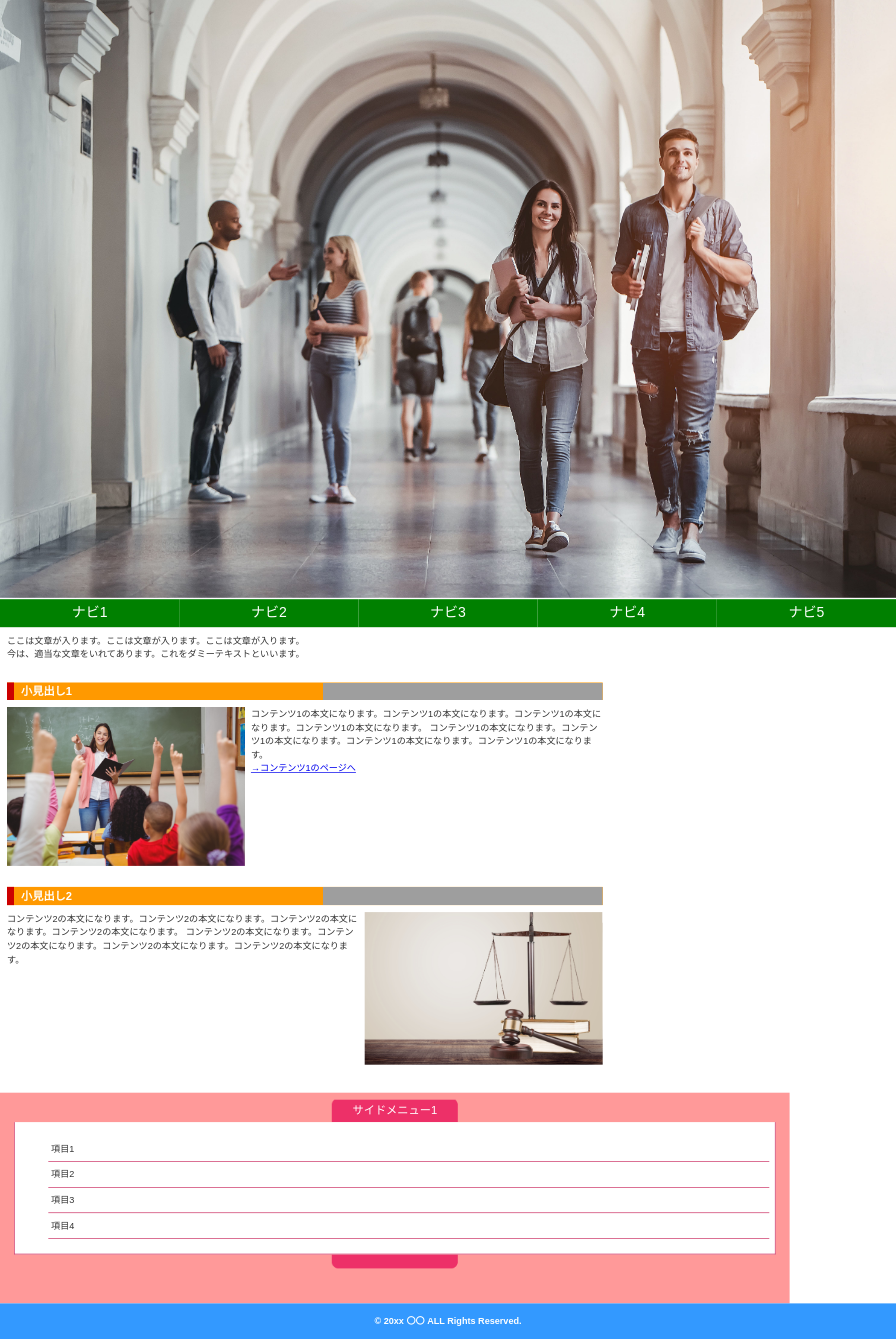
Repository: chiccha-ino/samurai_HTML-CSS
Page: home.html
The author's editor kept a record of every edit. The page is drawn from the files as they stood at one moment, then again after the next edit.
The browser window is 1280 px wide. The pictures show the whole page, at 70% of full size.
Pictures or frames that could not be fetched are drawn as grey boxes.

Above is the page before.

After the next edit:
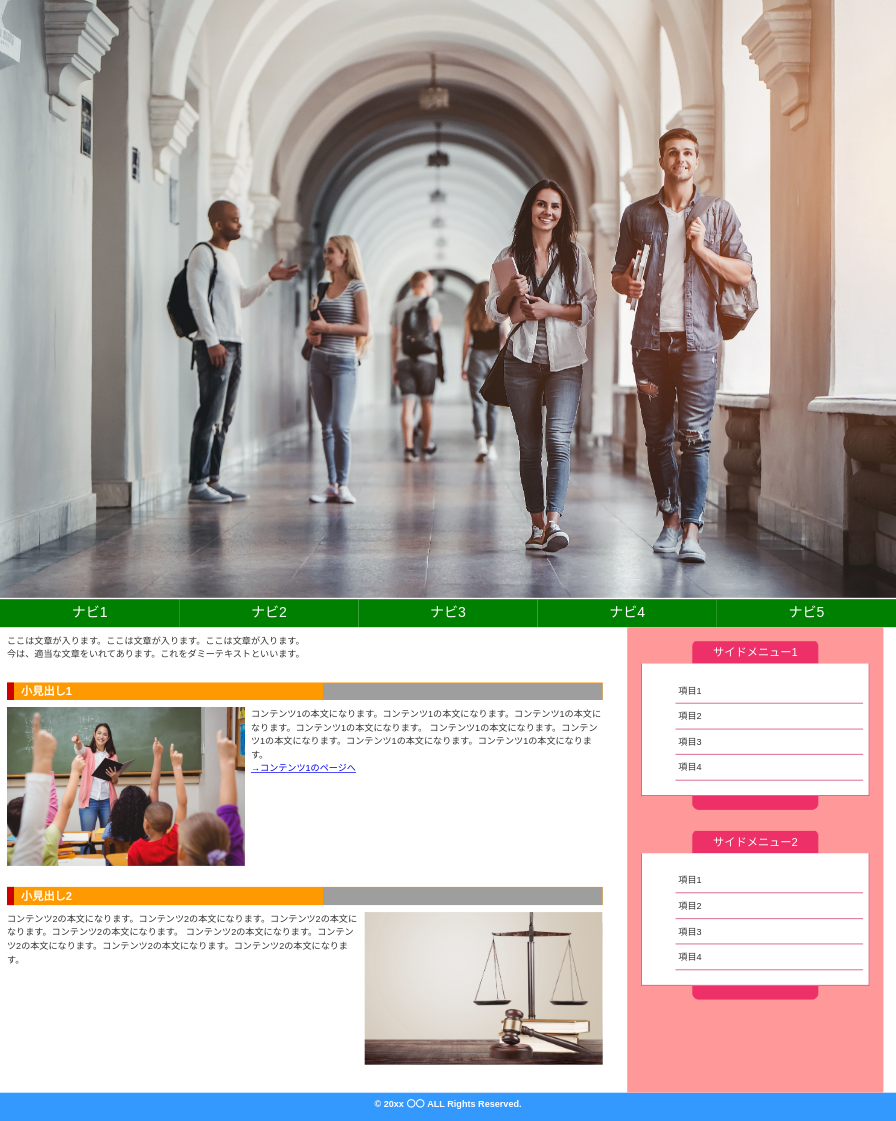
The edit:
--- a/home.html
+++ b/home.html
@@ -42,18 +42,29 @@
                         </p>
                     </div>
                 </div>
-            </div>
-        </div>
-        <div id="side">
-            <div class="box">
-                <h2>サイドメニュー1</h2>
-                <div class="boxBody">
-                    <ul>
-                        <li>項目1</li>
-                        <li>項目2</li>
-                        <li>項目3</li>
-                        <li>項目4</li>
-                    </ul>
+                <div id="side">
+                    <div class="box">
+                        <h2>サイドメニュー1</h2>
+                        <div class="boxBody">
+                            <ul>
+                                <li>項目1</li>
+                                <li>項目2</li>
+                                <li>項目3</li>
+                                <li>項目4</li>
+                            </ul>
+                        </div>
+                    </div>
+                    <div class="box">
+                        <h2>サイドメニュー2</h2>
+                        <div class="boxBody">
+                            <ul>
+                                <li>項目1</li>
+                                <li>項目2</li>
+                                <li>項目3</li>
+                                <li>項目4</li>
+                            </ul>
+                        </div>
+                    </div>
                 </div>
             </div>
         </div>
